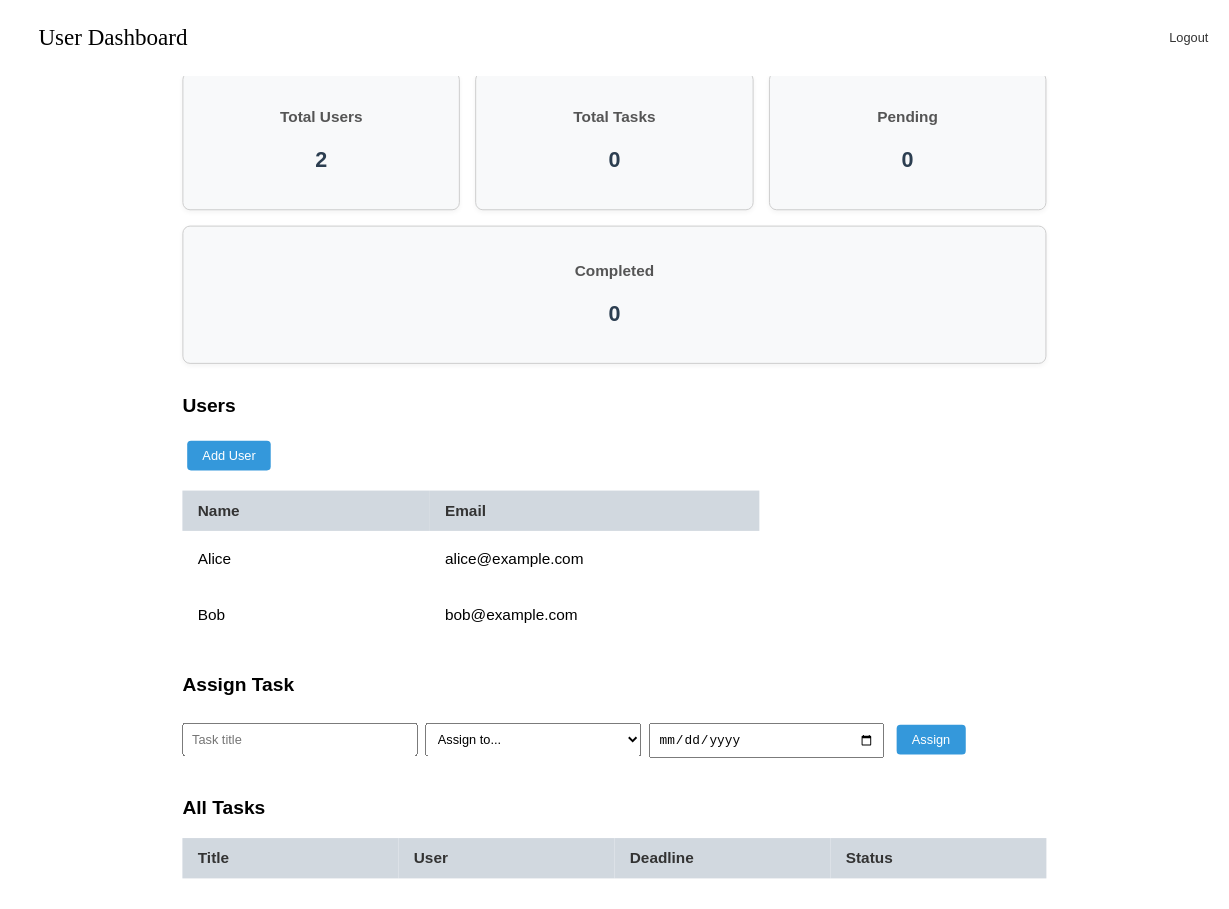
Repository: Edmund-Kiama/todoPHP
Page: /admin (app in task-manager-frontend/)
These files come from the project's save history. The page is drawn as it stood at one moment and after the next save; the edit follows.
The browser window is 1280 px wide. The pictures show the whole page, at 96% of full size.
The project was rebuilt for these pictures with package versions that can differ from the ones it lists, and the page was loaded fresh each time. Also part of the build but not shown: task-manager-frontend/vite.config.js, task-manager-frontend/src/components/Login/login.css, task-manager-frontend/src/components/Login/Login.vue, task-manager-frontend/src/components/User/user.css, task-manager-frontend/src/components/User/UserDashboard.vue.

Above is the page before, as saved 2025-07-12 22:25:04.

### task-manager-frontend/src/App.vue
<script setup>
  import Navbar from './components/Navbar/Navbar.vue';
  import { store } from './store';
</script>

<template>
  <Navbar />
  <router-view />
</template>

### task-manager-frontend/src/router/index.js
import { createRouter, createWebHistory } from 'vue-router';
import Login from '../components/Login/Login.vue';
import AdminDashboard from '../components/Admin/AdminDashboard.vue';
import UserDashboard from '../components/User/UserDashboard.vue';

const routes = [
  { path: '/', name: 'Login', component: Login },
  { path: '/admin', name: 'AdminDashboard', component: AdminDashboard },
  { path: '/user', name: 'UserDashboard', component: UserDashboard }
];

const router = createRouter({
  history: createWebHistory(),
  routes
});

export default router;

### task-manager-frontend/src/components/Navbar/Navbar.vue

<template>
  <nav v-if="store.user.loggedIn" class="navbar">
    <ul>
      <li v-if="user.role === 'admin'">Admin Dashboard</li>
      <li v-if="user.role === 'user'">User Dashboard</li>
      <li><button @click="logout">Logout</button></li>
    </ul>
  </nav>
</template>

<script setup>
  import "./nav.css"
  import { store } from '../../store'
  import { useRouter } from 'vue-router'

  const router = useRouter()

  const user = store.user
  if (!user.loggedIn) router.push('/')

  function logout() {
    store.user.role = null
    store.user.loggedIn = false
    localStorage.removeItem('token')
    router.push('/')
  }
</script>

### task-manager-frontend/src/store.js
import { reactive } from 'vue'

export const store = reactive({
  user: {
    role: "user",
    loggedIn: true,
    username: "Nick"
  },
})

### task-manager-frontend/src/components/Admin/AdminDashboard.vue
<script setup>
  import './admin.css'
  import { store } from '../../store';
  import { ref } from 'vue';

  const admin = store.user

  const users = ref([
    { name: 'Alice', email: 'alice@example.com' },
    { name: 'Bob', email: 'bob@example.com' }
  ]);

  const tasks = ref([]);

  const taskForm = ref({
    title: '',
    user: '',
    deadline: '',
    status: 'Pending'
  });

  const userForm = ref({
    name: '',
    email: ''
  });
  const editingIndex = ref(null);
  const showUserModal = ref(false);

  function assignTask() {
    tasks.value.push({ ...taskForm.value });
    taskForm.value.title = '';
    taskForm.value.user = '';
    taskForm.value.deadline = '';
  }

  function deleteUser(index) {
    users.value.splice(index, 1);
  }

  function openUserForm(user = null, index = null) {
    if (user) {
      userForm.value = { ...user };
      editingIndex.value = index;
    } else {
      userForm.value = { name: '', email: '' };
      editingIndex.value = null;
    }
    showUserModal.value = true;
  }

  function saveUser() {
    if (editingIndex.value !== null) {
      users.value[editingIndex.value] = { ...userForm.value };
    } else {
      users.value.push({ ...userForm.value });
    }
    closeUserForm();
  }

  function closeUserForm() {
    userForm.value = { name: '', email: '' };
    editingIndex.value = null;
    showUserModal.value = false;
  }

  function countStatus(status) {
    return tasks.value.filter(task => task.status === status).length;
  }
</script>
<template>
  <div class="admin-dashboard">
    <h3>Welcome {{ admin.username }},</h3>
      <!-- Summary Cards -->
  <div class="cards" v-if="users">
    <div class="card">
      <h4>Total Users</h4>
      <p>{{ users.length }}</p>
    </div>
    <div class="card">
      <h4>Total Tasks</h4>
      <p>{{ tasks.length }}</p>
    </div>
    <div class="card">
      <h4>Pending</h4>
      <p>{{ countStatus('Pending') }}</p>
    </div>
    <div class="card">
      <h4>Completed</h4>
      <p>{{ countStatus('Completed') }}</p>
    </div>
  </div>
    <!-- Users Section -->
    <section class="section">
      <h3>Users</h3>
      <button @click="openUserForm()">Add User</button>

      <table>
        <tr>
          <th>Name</th><th>Email</th>
        </tr>
        <tr v-for="(user, index) in users" :key="index">
          <td>{{ user.name }}</td>
          <td>{{ user.email }}</td>
          <td>
            <button @click="openUserForm(user, index)">Edit</button>
            <button @click="deleteUser(index)">Delete</button>
          </td>
        </tr>
      </table>
    </section>

    <!-- Task Assignment -->
    <section class="section">
      <h3>Assign Task</h3>
      <form @submit.prevent="assignTask" class="assign">
        <input v-model="taskForm.title" placeholder="Task title" required />
        <select v-model="taskForm.user" required>
          <option disabled value="">Assign to...</option>
          <option v-for="user in users" :key="user.email" :value="user.email">{{ user.name }}</option>
        </select>
        <input type="date" v-model="taskForm.deadline" required />
        <button type="submit">Assign</button>
      </form>
    </section>

    <!-- Task List -->
    <section class="section">
      <h3>All Tasks</h3>
      <table>
        <tr>
          <th>Title</th><th>User</th><th>Deadline</th><th>Status</th>
        </tr>
        <tr v-for="(task, index) in tasks" :key="index">
          <td>{{ task.title }}</td>
          <td>{{ task.user }}</td>
          <td>{{ task.deadline }}</td>
          <td>{{ task.status }}</td>
        </tr>
      </table>
    </section>

    <!-- Add/Edit User -->
    <div v-if="showUserModal" class="modal">
      <div class="modal-content">
        <h3>{{ editingIndex !== null ? 'Edit' : 'Add' }} User</h3>
        <form @submit.prevent="saveUser">
          <div class="inputs">
            <input v-model="userForm.name" placeholder="Name" required />
            <input v-model="userForm.email" placeholder="Email" required />
          </div>
          <div>
            <button type="submit">Save</button>
            <button type="button" @click="closeUserForm">Cancel</button>
          </div>
        </form>
      </div>
    </div>
  </div>
</template>

### task-manager-frontend/src/components/Navbar/nav.css
.navbar {
    background: white;
    position: fixed;
    width: 100%;
    top: 0;
    left: 0;
    right: 0;
}
.navbar ul {
    display: flex;
    justify-content: space-between;
    align-items: center;
    gap: 1rem;
    list-style: none;
    font-size: 1.5em;
}
.navbar ul li {
    display: flex;
    align-items: center;
}
.navbar button {
    text-decoration: none;
    background: none;
    border: none;
    padding: 0.5rem;
    border-radius: 5px;
    color: #333;
    transition: all;
    transition-duration: 300ms;
    cursor: pointer;
    margin-right: 1em;
}
.navbar button:hover {
    background-color:  #3498db;
    color: white;
}

### task-manager-frontend/src/components/Admin/admin.css
.admin-dashboard {
  max-width: 900px;
  margin-top: 100px;
  margin: 2rem auto;
  font-family: Arial, sans-serif;
}
.admin-dashboard h3{
  font-size: 20px;
}
.admin-dashboard .section {
  margin-top: 2rem;
}
.admin-dashboard button {
  margin: 0.3rem;
  padding: 0.5rem 1rem;
  background: #3498db;
  color: white;
  border: none;
  border-radius: 4px;
  cursor: pointer;
}
.admin-dashboard table {
  width: 100%;
  border-collapse: collapse;
  margin-top: 1rem;
  font-family: sans-serif;
  border: none; /* remove outer border */
}
.admin-dashboard th,
.admin-dashboard td {
  padding: 0.75rem 1rem;
  text-align: left;
  border: none; /* remove inner lines */
  vertical-align: middle;
  min-width: 100px;
}

.admin-dashboard th {
  background-color: #d1d8df;
  font-weight: bold;
  color: #333;
}

.admin-dashboard td button {
  visibility: hidden;
  background-color: #4DA2F7;
  color: white;
  border: none;
  padding: 5px 10px;
  margin-right: 5px;
  border-radius: 4px;
  cursor: pointer;
  transition: background-color 0.2s ease;
}

.admin-dashboard button:hover {
  background-color: #1c74d9;
}

.admin-dashboard tr:hover td button {
  visibility: visible;
}

.admin-dashboard tr:hover {
  background-color: #f0f8ff;
}

.admin-dashboard input, .admin-dashboard select {
  padding: 0.5rem;
  margin: 0.5rem 0.5rem 0.5rem 0;
}

.admin-dashboard .modal {
  position: fixed;
  top: 0; left: 0;
  width: 100vw; height: 100vh;
  background: rgba(0,0,0,0.4);
  display: flex;
  justify-content: center;
  align-items: center;
}

.admin-dashboard .modal-content {
  background: white;
  padding: 2rem;
  text-align: center;
  border-radius: 8px;
}
.admin-dashboard .modal-content .inputs{
  display: flex;
  flex-direction: column;
}
.admin-dashboard .modal-content input {
  width: 300px;
}
.admin-dashboard .assign input,
.admin-dashboard .assign select {
  width: 25%;
}
.admin-dashboard  .cards {
  display: flex;
  gap: 1rem;
  margin-bottom: 2rem;
  flex-wrap: wrap;
}

.admin-dashboard  .card {
  background: #f8f9fa;
  border: 1px solid #ccc;
  padding: 1rem;
  border-radius: 8px;
  flex: 1 1 180px;
  box-shadow: 0 2px 6px rgba(0,0,0,0.05);
  text-align: center;
}

.admin-dashboard  .card h4 {
  margin-bottom: 0.5rem;
  color: #555;
}

.admin-dashboard  .card p {
  font-size: 1.4rem;
  font-weight: bold;
  color: #2c3e50;
}

Loaded but not shown: task-manager-frontend/index.html (common file); task-manager-frontend/src/main.js (common file)

After the next save:
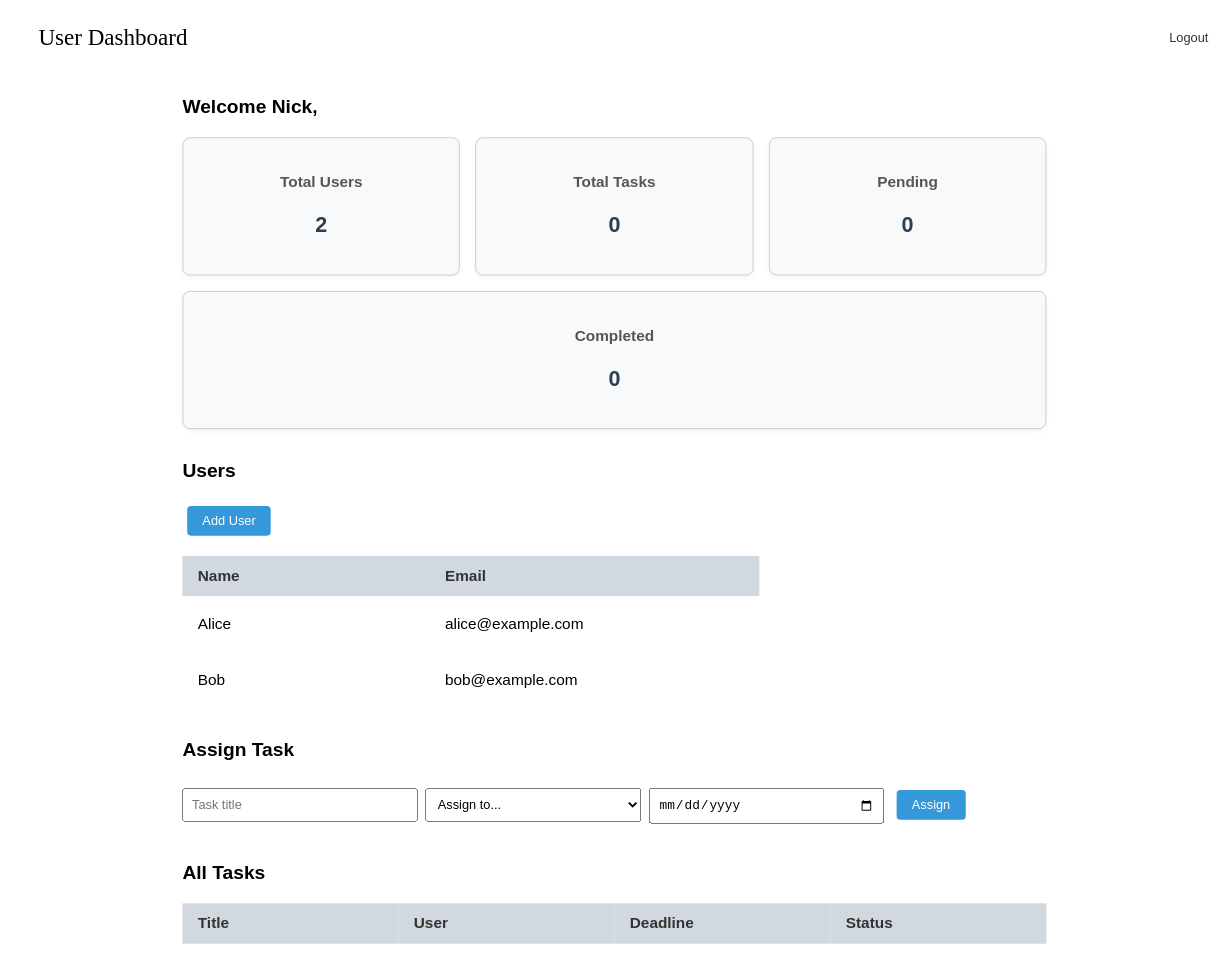
Saved 13 s later.
--- a/task-manager-frontend/src/components/Admin/admin.css
+++ b/task-manager-frontend/src/components/Admin/admin.css
@@ -1,7 +1,7 @@
 .admin-dashboard {
   max-width: 900px;
+  margin: 2rem auto;
   margin-top: 100px;
-  margin: 2rem auto;
   font-family: Arial, sans-serif;
 }
 .admin-dashboard h3{
